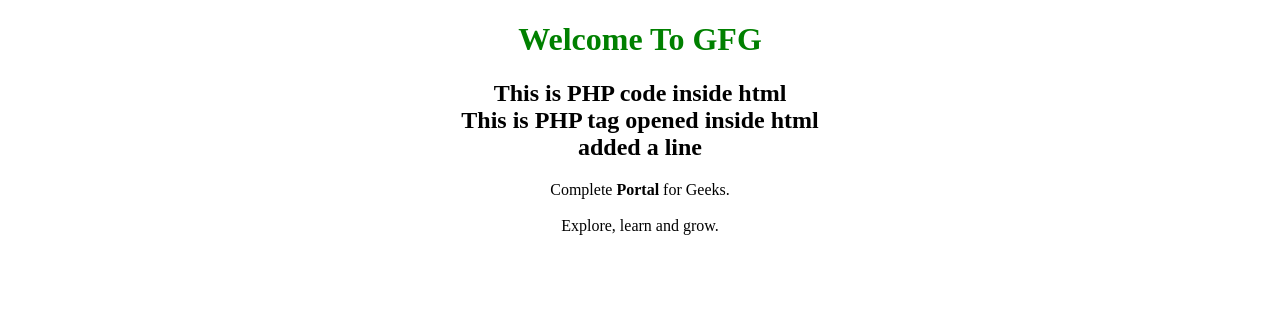
Repository: Sahanaranjith/php_projectgh
Page: http://localhost/example1.php
These files come from the project's save history. The page is drawn as it stood at one moment and after the next save; the edit follows.
The browser window is 1280 px wide. The pictures show the whole page.
The page is run by PHP 8.4 with error messages shown; the project is at /var/www/html/.

Above is the page before, as saved 2022-12-14 11:10:21.

### example1.php
<!DOCTYPE html>
<html>

<head>
    <style>
        h1 {
            color: green;
        }
    </style>
</head>

<body>
    <center>
        <h1>Welcome To GFG</h1>

        <h2>
            <?php
            echo "This is PHP code inside html<br>";
            echo "This is PHP tag opened inside html<br>";
            echo "added a line";
            ?>
        </h2>

        <p><h2></h2>
            <?php
            echo "Complete <strong>Portal</strong> for Geeks."
            ?>
            <br><br>
            <?php
            echo 'Explore, learn and grow.'
            ?>
        </p>
    </center>
</body>

</html>

After the next save:
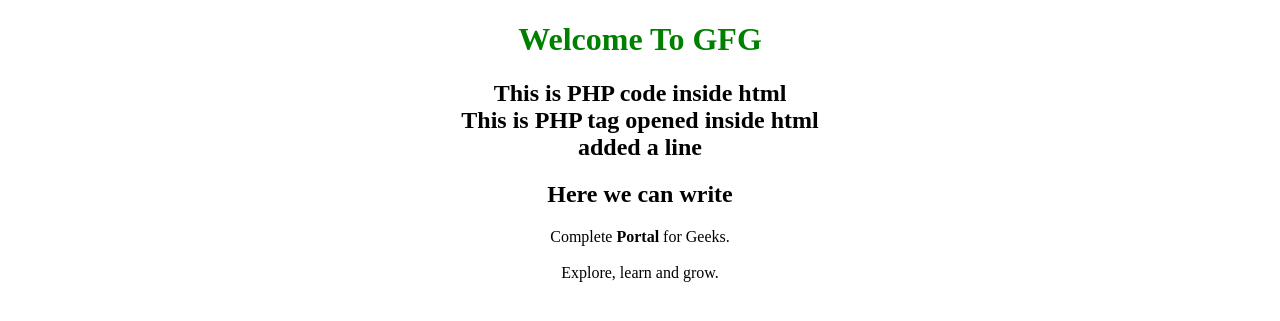
Saved 9 s later.
--- a/example1.php
+++ b/example1.php
@@ -21,7 +21,7 @@
             ?>
         </h2>
 
-        <p><h2></h2>
+        <p><h2>Here we can write </h2>
             <?php
             echo "Complete <strong>Portal</strong> for Geeks."
             ?>
